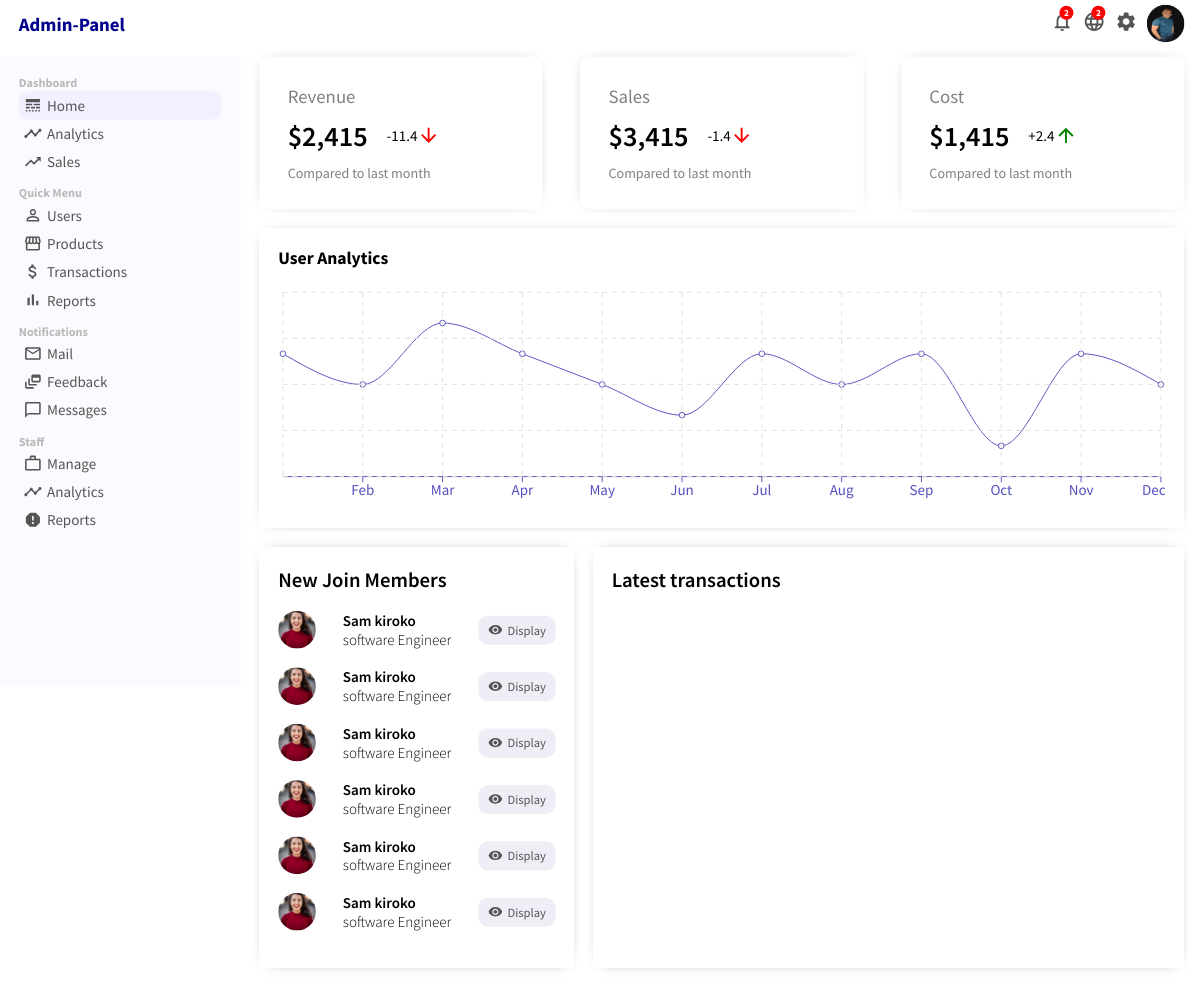
Repository: Samkiroko/admin-panel-ui
Page: /products
These files come from the project's save history. The page is drawn as it stood at one moment and after the next save; the edit follows.
The browser window is 1280 px wide. The pictures show the whole page, at 94% of full size.
The project was rebuilt for these pictures with package versions that can differ from the ones it lists, and the page was loaded fresh each time.

Above is the page before, as saved 2021-09-22 22:05:56.

### public/index.html
<!DOCTYPE html>
<html lang="en">
  <head>
    <meta charset="utf-8" />

    <meta name="viewport" content="width=device-width, initial-scale=1" />
    <meta name="theme-color" content="#000000" />
    <meta
      name="description"
      content="Web site created using create-react-app"
    />
    <link rel="preconnect" href="https://fonts.googleapis.com" />
    <link rel="preconnect" href="https://fonts.gstatic.com" crossorigin />
    <link
      href="https://fonts.googleapis.com/css2?family=Source+Sans+Pro:wght@200;300;400;600;700;900&display=swap"
      rel="stylesheet"
    />

    <style>
      * {
        font-family: "Source Sans Pro", sans-serif;
        margin: 0;
      }
    </style>
    <title>React admin panel</title>
  </head>

  <body>
    <noscript>You need to enable JavaScript to run this app.</noscript>
    <div id="root"></div>
  </body>
</html>

### src/App.js
import Sidebar from './components/sidebar/Sidebar'
import Topbar from './components/topbar/Topbar'
import './app.css'
import Home from './pages/home/Home'

function App() {
  return (
    <div className='App'>
      <Topbar />
      <div className='container'>
        <Sidebar />
        <Home />
      </div>
    </div>
  )
}

export default App

### src/components/sidebar/Sidebar.js
import {
  LineStyle,
  Timeline,
  TrendingUp,
  PermIdentity,
  Storefront,
  AttachMoney,
  BarChart,
  MailOutline,
  DynamicFeed,
  ChatBubbleOutline,
  WorkOutline,
  Report,
} from '@material-ui/icons'
import React from 'react'
import './sidebar.css'

const Sidebar = () => {
  return (
    <div className='sidebar'>
      <div className='sidebarWrapper'>
        <div className='sidebarMenu'>
          <h3 className='sidebarTitle'>Dashboard</h3>
          <ul className='sidebarList'>
            <li className='sidebarListItem active'>
              <LineStyle className='sidebarIcon' />
              Home
            </li>

            <li className='sidebarListItem'>
              <Timeline className='sidebarIcon' />
              Analytics
            </li>
            <li className='sidebarListItem'>
              <TrendingUp className='sidebarIcon' />
              Sales
            </li>
          </ul>
        </div>
        <div className='sidebarMenu'>
          <h3 className='sidebarTitle'>Quick Menu</h3>
          <ul className='sidebarList'>
            <li className='sidebarListItem'>
              <PermIdentity className='sidebarIcon' />
              Users
            </li>

            <li className='sidebarListItem'>
              <Storefront className='sidebarIcon' />
              Products
            </li>

            <li className='sidebarListItem'>
              <AttachMoney className='sidebarIcon' />
              Transactions
            </li>
            <li className='sidebarListItem'>
              <BarChart className='sidebarIcon' />
              Reports
            </li>
          </ul>
        </div>
        <div className='sidebarMenu'>
          <h3 className='sidebarTitle'>Notifications</h3>
          <ul className='sidebarList'>
            <li className='sidebarListItem'>
              <MailOutline className='sidebarIcon' />
              Mail
            </li>
            <li className='sidebarListItem'>
              <DynamicFeed className='sidebarIcon' />
              Feedback
            </li>
            <li className='sidebarListItem'>
              <ChatBubbleOutline className='sidebarIcon' />
              Messages
            </li>
          </ul>
        </div>
        <div className='sidebarMenu'>
          <h3 className='sidebarTitle'>Staff</h3>
          <ul className='sidebarList'>
            <li className='sidebarListItem'>
              <WorkOutline className='sidebarIcon' />
              Manage
            </li>
            <li className='sidebarListItem'>
              <Timeline className='sidebarIcon' />
              Analytics
            </li>
            <li className='sidebarListItem'>
              <Report className='sidebarIcon' />
              Reports
            </li>
          </ul>
        </div>
      </div>
    </div>
  )
}

export default Sidebar

### src/components/topbar/Topbar.js
import React from 'react'
import './topbar.css'
import { Language, NotificationsNone, Settings } from '@material-ui/icons'
import avatar from '../../images/sam_pic.jpeg'
const Topbar = () => {
  return (
    <div className='topbar'>
      <div className='topbarWrapper'>
        <div className='topLeft'>
          <span className='logo'>Admin-Panel</span>
        </div>
        <div className='topRight'>
          <div className='topbarIconContainer'>
            <NotificationsNone />
            <span className='topIconBadge'>2</span>
          </div>
          <div className='topbarIconContainer'>
            <Language />
            <span className='topIconBadge'>2</span>
          </div>
          <div className='topbarIconContainer'>
            <Settings />
          </div>
          <img src={avatar} alt='avatar' className='topAvatar' />
        </div>
      </div>
    </div>
  )
}

export default Topbar

### src/app.css
.container {
    display: flex;
    margin-top: 10px;
}

.link {
    text-decoration: none;
    color: inherit;
}

### src/pages/home/Home.js
import React from 'react'
import Chart from '../../components/chart/Chart'
import FeatureInfo from '../../components/featuredInfo/FeatureInfo'
import './home.css'
import { userData } from '../../dummyData'
import WidgetLg from '../../components/widgetLg/WidgetLg'
import WidgetSm from '../../components/widgetSm/WidgetSm'

const Home = () => {
  return (
    <div className='home'>
      <FeatureInfo />
      <Chart data={userData} title='User Analytics' grid dataKey='Active User' />
      <div className='homeWidgets'>
        <WidgetSm />
        <WidgetLg />
      </div>
    </div>
  )
}

export default Home

### src/components/sidebar/sidebar.css
.sidebar {
    flex: 1;
    height: calc(100vh - 50px);
    background-color: rgb(251, 251, 255);
    position: sticky;
    top: 50px;
}

.sidebarWrapper {
    padding: 20px;
    color: #555;
}

.sidebarMenu {
    margin-bottom: 10px;
}

.sidebarTitle {
    font-size: 13px;
    color: rgb(187, 186, 186);
}

.sidebarList {
    list-style: none;
    padding: 0;
}

.sidebarListItem {
    padding: 5px;
    cursor: pointer;
    display: flex;
    align-items: center;
    border-radius: 10px;
}

.sidebarListItem.active,
.sidebarListItem:hover {
    background-color: rgb(240, 240, 255);
}

.sidebarIcon {
    margin-right: 5px;
    font-size: 20px !important;
}

### src/components/topbar/topbar.css
.topbar {
    width: 100%;
    height: 50px;
    background-color: white;
    position: sticky;
    top: 0;
    z-index: 999;
}

.topbarWrapper {
    height: 100%;
    padding: 0px 20px;
    display: flex;
    align-items: center;
    justify-content: space-between;
}

.logo {
    font-weight: bold;
    font-size: 20px;
    color: darkblue;
    cursor: pointer;
}

.topbarIconContainer {
    position: relative;
    align-items: center;
    margin-right: 10px;
    color: #555;
}

.topIconBadge {
    width: 15px;
    height: 15px;
    position: absolute;
    top: -5px;
    right: 0px;
    background-color: red;
    color: white;
    border-radius: 50%;
    display: flex;
    align-items: center;
    justify-content: center;
    font-size: 10px;
    font-weight: bold;
}

.topRight {
    display: flex;
    align-items: center;
    cursor: pointer;
}

.topAvatar {
    width: 40px;
    height: 40px;
    border-radius: 50%;
    cursor: pointer;
}

### src/components/chart/Chart.js
import './chart.css'
import { LineChart, Line, XAxis, CartesianGrid, Tooltip, ResponsiveContainer } from 'recharts'

export default function Chart({ title, data, dataKey, grid }) {
  return (
    <div className='chart'>
      <h3 className='chartTitle'>{title}</h3>
      <ResponsiveContainer width='100%' aspect={4 / 1}>
        <LineChart data={data}>
          <XAxis dataKey='name' stroke='#5550bd' />
          <Line type='monotone' dataKey={dataKey} stroke='#5550bd' />
          <Tooltip />
          {grid && <CartesianGrid stroke='#e0dfdf' strokeDasharray='5 5' />}
        </LineChart>
      </ResponsiveContainer>
    </div>
  )
}

### src/components/featuredInfo/FeatureInfo.js
import { ArrowDownward, ArrowUpward } from '@material-ui/icons'
import React from 'react'
import './featureInfo.css'

const FeatureInfo = () => {
  return (
    <div className='featured'>
      <div className='featuredItem'>
        <span className='featuredTitle'>Revenue</span>
        <div className='featuredMoneyContainer'>
          <span className='featuredMoney'>$2,415</span>
          <span className='featuredMoneyRate'>
            -11.4
            <ArrowDownward className='featuredIcon negative' />
          </span>
        </div>
        <span className='featuredSub'>Compared to last month</span>
      </div>
      <div className='featuredItem'>
        <span className='featuredTitle'>Sales</span>
        <div className='featuredMoneyContainer'>
          <span className='featuredMoney'>$3,415</span>
          <span className='featuredMoneyRate'>
            -1.4
            <ArrowDownward className='featuredIcon negative' />
          </span>
        </div>
        <span className='featuredSub'>Compared to last month</span>
      </div>{' '}
      <div className='featuredItem'>
        <span className='featuredTitle'>Cost</span>
        <div className='featuredMoneyContainer'>
          <span className='featuredMoney'>$1,415</span>
          <span className='featuredMoneyRate'>
            +2.4
            <ArrowUpward className='featuredIcon ' />
          </span>
        </div>
        <span className='featuredSub'>Compared to last month</span>
      </div>
    </div>
  )
}

export default FeatureInfo

### src/dummyData.js
export const userData = [
  {
    name: 'Jan',
    'Active User': 4000,
  },
  {
    name: 'Feb',
    'Active User': 3000,
  },
  {
    name: 'Mar',
    'Active User': 5000,
  },
  {
    name: 'Apr',
    'Active User': 4000,
  },
  {
    name: 'May',
    'Active User': 3000,
  },
  {
    name: 'Jun',
    'Active User': 2000,
  },
  {
    name: 'Jul',
    'Active User': 4000,
  },
  {
    name: 'Aug',
    'Active User': 3000,
  },
  {
    name: 'Sep',
    'Active User': 4000,
  },
  {
    name: 'Oct',
    'Active User': 1000,
  },
  {
    name: 'Nov',
    'Active User': 4000,
  },
  {
    name: 'Dec',
    'Active User': 3000,
  },
]

export const productData = [
  {
    name: 'Jan',
    Sales: 4000,
  },
  {
    name: 'Feb',
    Sales: 3000,
  },
  {
    name: 'Mar',
    Sales: 5000,
  },
]

export const userRows = [
  {
    id: 1,
    username: 'Jon Snow',
    avatar: 'https://images.pexels.com/photos/1152994/pexels-photo-1152994.jpeg?auto=compress&cs=tinysrgb&dpr=2&w=500',
    email: 'jon@gmail.com',
    status: 'active',
    transaction: '$120.00',
  },
  {
    id: 2,
    username: 'Jon Snow',
    avatar: 'https://images.pexels.com/photos/1152994/pexels-photo-1152994.jpeg?auto=compress&cs=tinysrgb&dpr=2&w=500',
    email: 'jon@gmail.com',
    status: 'active',
    transaction: '$120.00',
  },
  {
    id: 3,
    username: 'Jon Snow',
    avatar: 'https://images.pexels.com/photos/1152994/pexels-photo-1152994.jpeg?auto=compress&cs=tinysrgb&dpr=2&w=500',
    email: 'jon@gmail.com',
    status: 'active',
    transaction: '$120.00',
  },
  {
    id: 4,
    username: 'Jon Snow',
    avatar: 'https://images.pexels.com/photos/1152994/pexels-photo-1152994.jpeg?auto=compress&cs=tinysrgb&dpr=2&w=500',
    email: 'jon@gmail.com',
    status: 'active',
    transaction: '$120.00',
  },
  {
    id: 5,
    username: 'Jon Snow',
    avatar: 'https://images.pexels.com/photos/1152994/pexels-photo-1152994.jpeg?auto=compress&cs=tinysrgb&dpr=2&w=500',
    email: 'jon@gmail.com',
    status: 'active',
    transaction: '$120.00',
  },
  {
    id: 6,
    username: 'Jon Snow',
    avatar: 'https://images.pexels.com/photos/1152994/pexels-photo-1152994.jpeg?auto=compress&cs=tinysrgb&dpr=2&w=500',
    email: 'jon@gmail.com',
    status: 'active',
    transaction: '$120.00',
  },
  {
    id: 7,
    username: 'Jon Snow',
    avatar: 'https://images.pexels.com/photos/1152994/pexels-photo-1152994.jpeg?auto=compress&cs=tinysrgb&dpr=2&w=500',
    email: 'jon@gmail.com',
    status: 'active',
    transaction: '$120.00',
  },
  {
    id: 8,
    username: 'Jon Snow',
    avatar: 'https://images.pexels.com/photos/1152994/pexels-photo-1152994.jpeg?auto=compress&cs=tinysrgb&dpr=2&w=500',
    email: 'jon@gmail.com',
    status: 'active',
    transaction: '$120.00',
  },
  {
    id: 9,
    username: 'Jon Snow',
    avatar: 'https://images.pexels.com/photos/1152994/pexels-photo-1152994.jpeg?auto=compress&cs=tinysrgb&dpr=2&w=500',
    email: 'jon@gmail.com',
    status: 'active',
    transaction: '$120.00',
  },
  {
    id: 10,
    username: 'Jon Snow',
    avatar: 'https://images.pexels.com/photos/1152994/pexels-photo-1152994.jpeg?auto=compress&cs=tinysrgb&dpr=2&w=500',
    email: 'jon@gmail.com',
    status: 'active',
    transaction: '$120.00',
  },
]

export const productRows = [
  {
    id: 1,
    name: 'Apple Airpods',
    img: 'https://images.pexels.com/photos/7156886/pexels-photo-7156886.jpeg?auto=compress&cs=tinysrgb&dpr=2&w=500',
    stock: 123,
    status: 'active',
    price: '$120.00',
  },
  {
    id: 2,
    name: 'Apple Airpods',
    img: 'https://images.pexels.com/photos/7156886/pexels-photo-7156886.jpeg?auto=compress&cs=tinysrgb&dpr=2&w=500',
    stock: 123,
    status: 'active',
    price: '$120.00',
  },
  {
    id: 3,
    name: 'Apple Airpods',
    img: 'https://images.pexels.com/photos/7156886/pexels-photo-7156886.jpeg?auto=compress&cs=tinysrgb&dpr=2&w=500',
    stock: 123,
    status: 'active',
    price: '$120.00',
  },
  {
    id: 4,
    name: 'Apple Airpods',
    img: 'https://images.pexels.com/photos/7156886/pexels-photo-7156886.jpeg?auto=compress&cs=tinysrgb&dpr=2&w=500',
    stock: 123,
    status: 'active',
    price: '$120.00',
  },
  {
    id: 5,
    name: 'Apple Airpods',
    img: 'https://images.pexels.com/photos/7156886/pexels-photo-7156886.jpeg?auto=compress&cs=tinysrgb&dpr=2&w=500',
    stock: 123,
    status: 'active',
    price: '$120.00',
  },
  {
    id: 6,
    name: 'Apple Airpods',
    img: 'https://images.pexels.com/photos/7156886/pexels-photo-7156886.jpeg?auto=compress&cs=tinysrgb&dpr=2&w=500',
    stock: 123,
    status: 'active',
    price: '$120.00',
  },
  {
    id: 7,
    name: 'Apple Airpods',
    img: 'https://images.pexels.com/photos/7156886/pexels-photo-7156886.jpeg?auto=compress&cs=tinysrgb&dpr=2&w=500',
    stock: 123,
    status: 'active',
    price: '$120.00',
  },
  {
    id: 8,
    name: 'Apple Airpods',
    img: 'https://images.pexels.com/photos/7156886/pexels-photo-7156886.jpeg?auto=compress&cs=tinysrgb&dpr=2&w=500',
    stock: 123,
    status: 'active',
    price: '$120.00',
  },
  {
    id: 9,
    name: 'Apple Airpods',
    img: 'https://images.pexels.com/photos/7156886/pexels-photo-7156886.jpeg?auto=compress&cs=tinysrgb&dpr=2&w=500',
    stock: 123,
    status: 'active',
    price: '$120.00',
  },
  {
    id: 10,
    name: 'Apple Airpods',
    img: 'https://images.pexels.com/photos/7156886/pexels-photo-7156886.jpeg?auto=compress&cs=tinysrgb&dpr=2&w=500',
    stock: 123,
    status: 'active',
    price: '$120.00',
  },
]

### src/components/widgetLg/WidgetLg.js
import React from 'react'
import './widgetLg.css'

const WidgetLg = () => {
  return (
    <div className='widgetLg'>
      <h3 className='widgetLgTitle'>Latest transactions</h3>
    </div>
  )
}

export default WidgetLg

### src/components/widgetSm/WidgetSm.js
import React from 'react'
import './widgetSm.css'
import avatar from '../../images/avatar2.jpg'
import { Visibility } from '@material-ui/icons'

const WidgetSm = () => {
  return (
    <div className='widgetSm'>
      <span className='widgetSmTitle'>New Join Members</span>
      <ul className='widgetSmList'>
        <li className='widgetSmListItem'>
          <img src={avatar} alt='avatar' className='widgetSmImg' />
          <div className='widgetSmUser'>
            <span className='widgetSmUsername'>Sam kiroko</span>
            <span className='widgetSmUserTitle'>software Engineer</span>
          </div>
          <button className='widgetSmButton'>
            <Visibility className='widgetSmIcon' />
            Display
          </button>
        </li>
        <li className='widgetSmListItem'>
          <img src={avatar} alt='avatar' className='widgetSmImg' />
          <div className='widgetSmUser'>
            <span className='widgetSmUsername'>Sam kiroko</span>
            <span className='widgetSmUserTitle'>software Engineer</span>
          </div>
          <button className='widgetSmButton'>
            <Visibility className='widgetSmIcon' />
            Display
          </button>
        </li>{' '}
        <li className='widgetSmListItem'>
          <img src={avatar} alt='avatar' className='widgetSmImg' />
          <div className='widgetSmUser'>
            <span className='widgetSmUsername'>Sam kiroko</span>
            <span className='widgetSmUserTitle'>software Engineer</span>
          </div>
          <button className='widgetSmButton'>
            <Visibility className='widgetSmIcon' />
            Display
          </button>
        </li>{' '}
        <li className='widgetSmListItem'>
          <img src={avatar} alt='avatar' className='widgetSmImg' />
          <div className='widgetSmUser'>
            <span className='widgetSmUsername'>Sam kiroko</span>
            <span className='widgetSmUserTitle'>software Engineer</span>
          </div>
          <button className='widgetSmButton'>
            <Visibility className='widgetSmIcon' />
            Display
          </button>
        </li>{' '}
        <li className='widgetSmListItem'>
          <img src={avatar} alt='avatar' className='widgetSmImg' />
          <div className='widgetSmUser'>
            <span className='widgetSmUsername'>Sam kiroko</span>
            <span className='widgetSmUserTitle'>software Engineer</span>
          </div>
          <button className='widgetSmButton'>
            <Visibility className='widgetSmIcon' />
            Display
          </button>
        </li>{' '}
        <li className='widgetSmListItem'>
          <img src={avatar} alt='avatar' className='widgetSmImg' />
          <div className='widgetSmUser'>
            <span className='widgetSmUsername'>Sam kiroko</span>
            <span className='widgetSmUserTitle'>software Engineer</span>
          </div>
          <button className='widgetSmButton'>
            <Visibility className='widgetSmIcon' />
            Display
          </button>
        </li>
      </ul>
    </div>
  )
}

export default WidgetSm

### src/components/chart/chart.css
.chart {
    margin: 20px;
    padding: 20px;
    cursor: pointer;
    -webkit-box-shadow: 0px 0px 15px -10px rgba(0, 0, 0, 0.75);
    box-shadow: 0px 0px 15px -10px rgba(0, 0, 0, 0.75);
}

.chartTitle {
    margin-bottom: 20px;
}

### src/components/featuredInfo/featureInfo.css
.featured {
    width: 100%;
    display: flex;
    justify-content: space-between;
}

.featuredItem {
    flex: 1;
    margin: 0px 20px;
    padding: 30px;
    border-radius: 10px;
    cursor: pointer;
    -webkit-box-shadow: 0px 0px 15px -10px rgba(0, 0, 0, 0.75);
    box-shadow: 0px 0px 15px -10px rgba(0, 0, 0, 0.75);
}

.featuredTitle {
    font-size: 20px;
    color: gray;
}

.featuredMoneyContainer {
    margin: 10px 0px;
    display: flex;
    align-items: center;
}

.featuredMoney {
    font-size: 30px;
    font-weight: 600;
}

.featuredMoneyRate {
    display: flex;
    align-items: center;
    margin-left: 20px;
}

.featuredIcon {
    font-size: 14px;
    margin-right: 5px;
    color: green;
}

.featuredIcon.negative {
    color: red;
}

.featuredSub {
    font-size: 15px;
    color: gray;
}

### src/components/widgetLg/widgetLg.css
.widgetLg {
    flex: 2;
    -webkit-box-shadow: 0px 0px 15px -10px rgba(0, 0, 0, 0.75);
    box-shadow: 0px 0px 15px -10px rgba(0, 0, 0, 0.75);
    padding: 20px;
}

.widgetLgTitle {
    font-size: 22px;
    font-weight: 600;
}

.widgetLgTable {
    width: 100%;
    border-spacing: 20px;
}

.widgetLgTh {
    text-align: left;
}

.widgetLgUser {
    display: flex;
    align-items: center;
    font-weight: 600;
}

.widgetLgImg {
    width: 40px;
    height: 40px;
    border-radius: 50%;
    object-fit: cover;
    margin-right: 10px;
}

.widgetLgDate,
.widgetLgAmount {
    font-weight: 300;
}

.widgetLgButton {
    padding: 5px 7px;
    border: none;
    border-radius: 10px;
}

.widgetLgButton.Approved {
    background-color: #e5faf2;
    color: #3bb077;
}

.widgetLgButton.Declined {
    background-color: #fff0f1;
    color: #d95087;
}

.widgetLgButton.Pending {
    background-color: #ebf1fe;
    color: #2a7ade;
}

### src/components/widgetSm/widgetSm.css
.widgetSm {
    flex: 1;
    -webkit-box-shadow: 0px 0px 15px -10px rgba(0, 0, 0, 0.75);
    box-shadow: 0px 0px 15px -10px rgba(0, 0, 0, 0.75);
    padding: 20px;
    margin-right: 20px;
}

.widgetSmTitle {
    font-size: 22px;
    font-weight: 600;
}

.widgetSmImg {
    width: 40px;
    height: 40px;
    border-radius: 50%;
    object-fit: cover;
}

.widgetSmList {
    margin: 0;
    padding: 0;
    list-style: none;
}

.widgetSmListItem {
    display: flex;
    align-items: center;
    justify-content: space-between;
    margin: 20px 0px;
}

.widgetSmUser {
    display: flex;
    flex-direction: column;
}

.widgetSmUsername {
    font-weight: 600;
}

.widgetSmUserTitle {
    font-weight: 300;
}

.widgetSmButton {
    display: flex;
    align-items: center;
    border: none;
    border-radius: 10px;
    padding: 7px 10px;
    background-color: #eeeef7;
    color: #555;
    cursor: pointer;
}

.widgetSmIcon {
    font-size: 16px !important;
    margin-right: 5px;
}

Loaded but not shown: src/index.js (common file); src/index.css (common file); src/pages/home/home.css (common file)

After the next save:
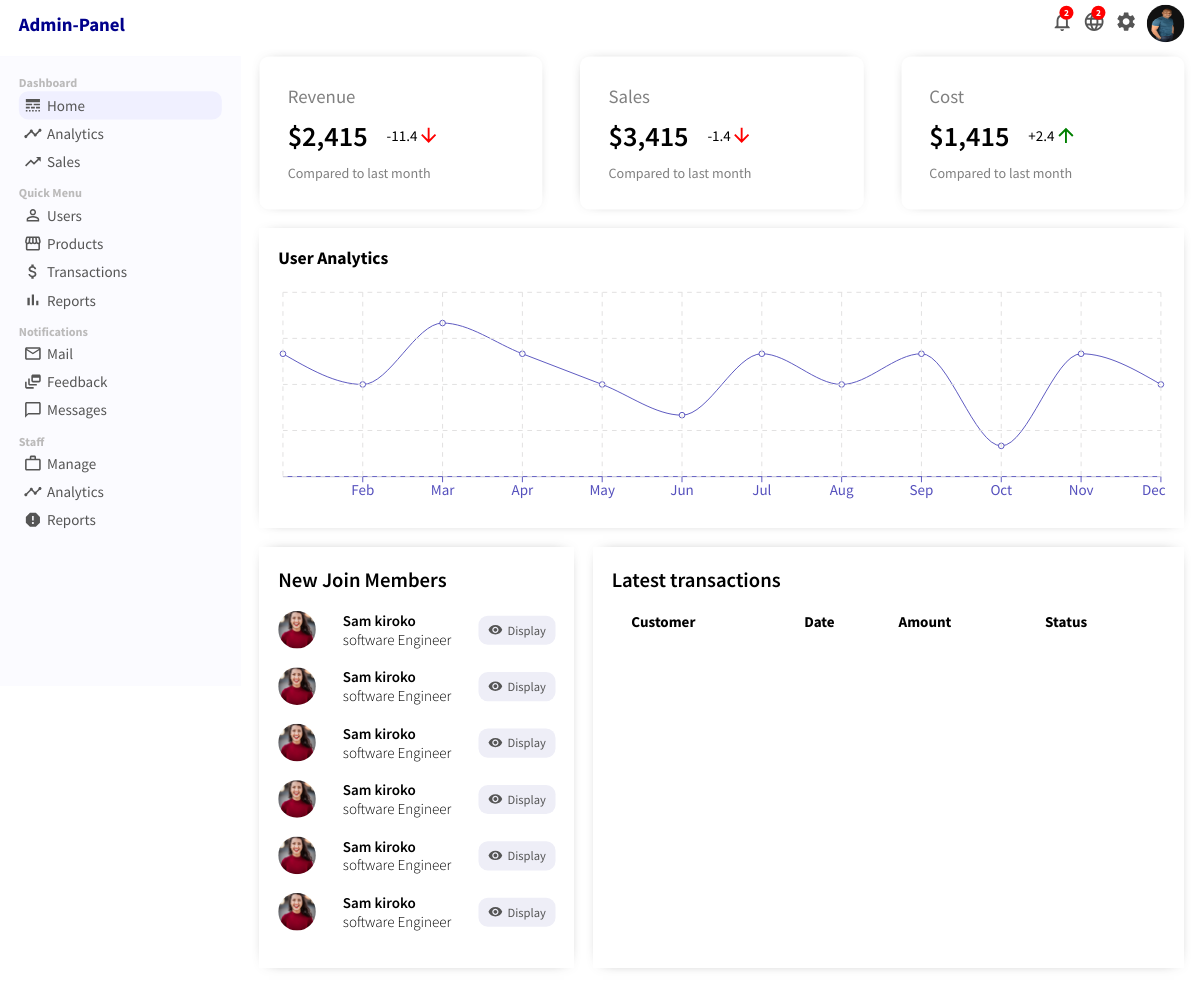
Saved 2 min 4 s later.
--- a/src/components/widgetLg/WidgetLg.js
+++ b/src/components/widgetLg/WidgetLg.js
@@ -5,6 +5,14 @@ const WidgetLg = () => {
   return (
     <div className='widgetLg'>
       <h3 className='widgetLgTitle'>Latest transactions</h3>
+      <table className='widgetLgTable'>
+        <tr className='widgetLgTr'>
+          <th className='widgetLgTh'>Customer</th>
+          <th className='widgetLgTh'>Date</th>
+          <th className='widgetLgTh'>Amount</th>
+          <th className='widgetLgTh'>Status</th>
+        </tr>
+      </table>
     </div>
   )
 }
